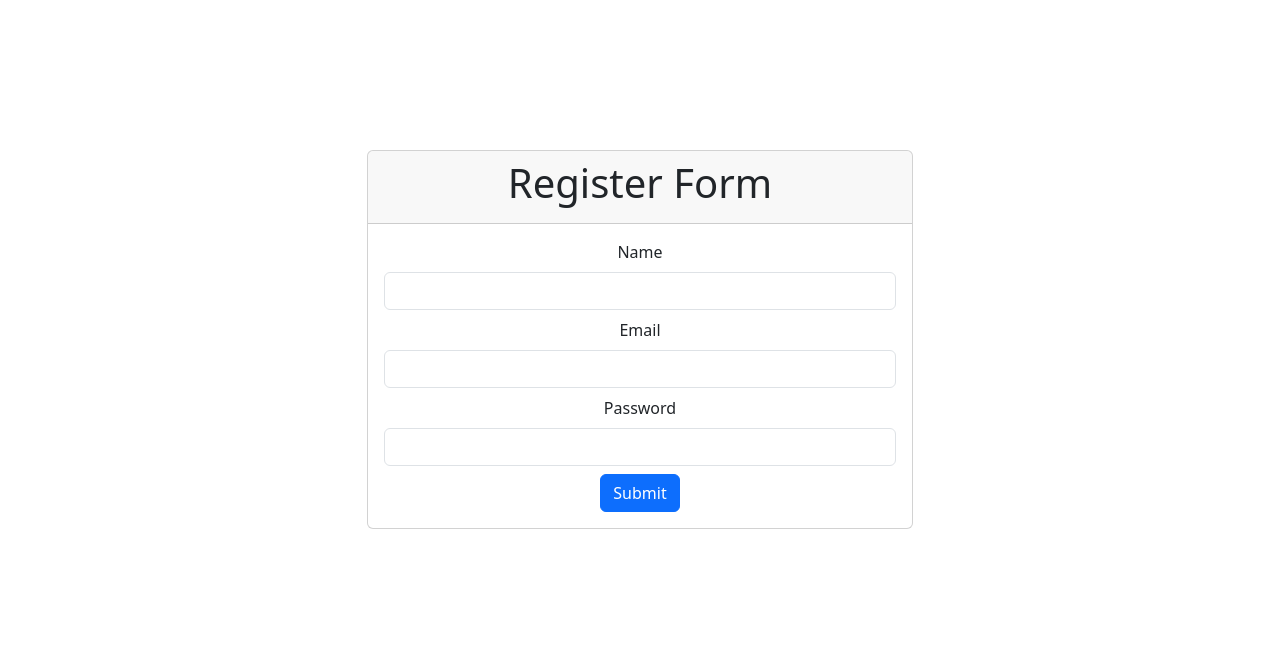
Repository: Laxman-Nath/java-internship
Page: http://localhost/Demo/Register.jsp
An editor plug-in stored every save of this project. The page is shown before and after the next save, followed by the edit.
The browser window is 1280 px wide. The pictures show the whole page.
The page is served by Tomcat 9.

Above is the page before, as saved 2024-09-01 10:24:12.

After the next save:
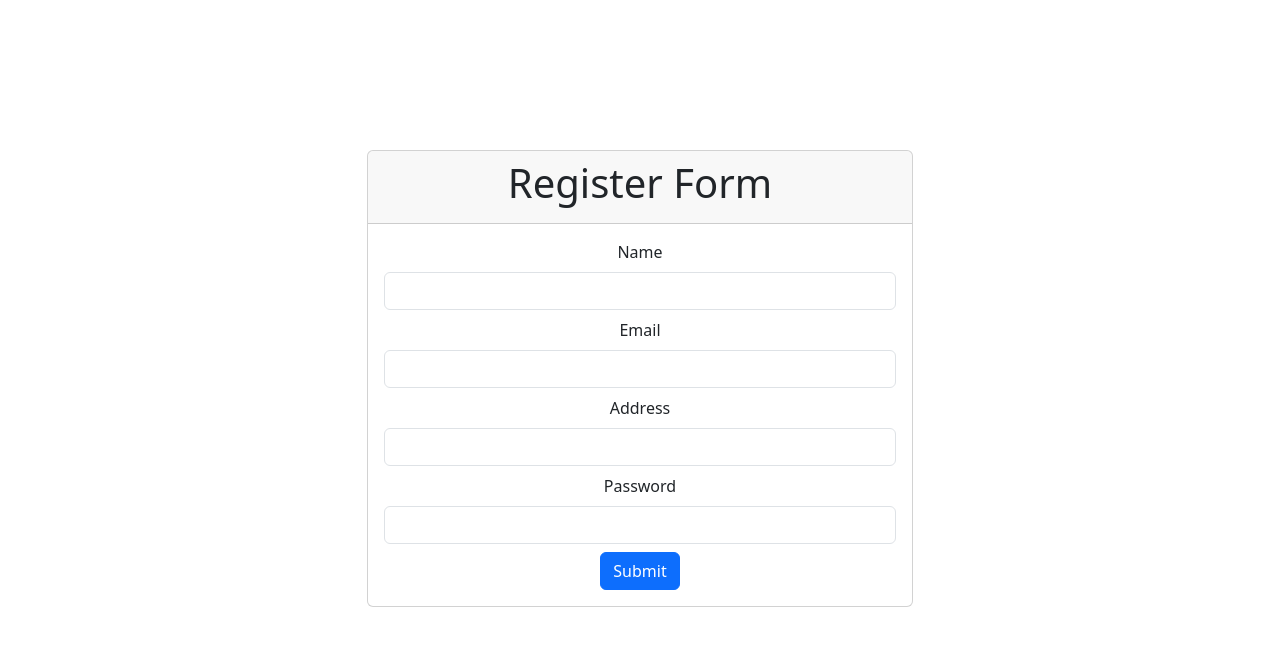
Saved 34 s later.
--- a/Servlet_JSP/Demo/src/main/webapp/Register.jsp
+++ b/Servlet_JSP/Demo/src/main/webapp/Register.jsp
@@ -30,6 +30,10 @@
 									required class="form-control">
 							</div>
 							<div class="mb-2">
+								<label class="form-label">Address</label> <input type="text"
+									required class="form-control">
+							</div>
+							<div class="mb-2">
 								<label class="form-label">Password</label> <input
 									type="password" required class="form-control">
 							</div>
